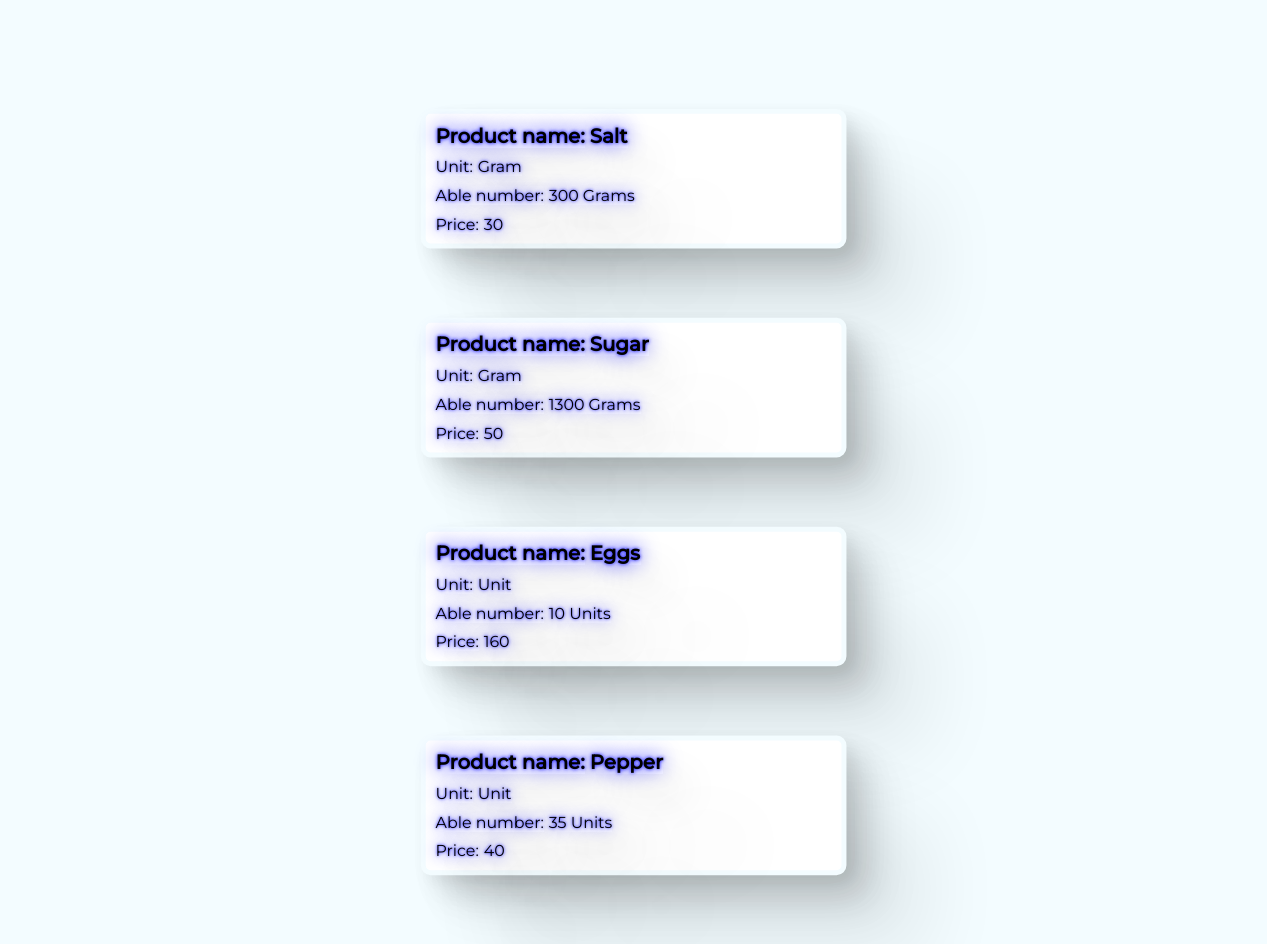
Repository: OlexandraKovach2/Vue
Page: / (app in vuexam/brila-exam/)
An editor plug-in stored every save of this project. The page is shown before and after the next save, followed by the edit.
The browser window is 1280 px wide. The pictures show the whole page, at 99% of full size.
The project was rebuilt for these pictures with package versions that can differ from the ones it lists, and the page was loaded fresh each time. Also part of the build but not shown: vuexam/brila-exam/vue.config.js.

Above is the page before, as saved 2022-11-08 22:11:33.

After the next save:
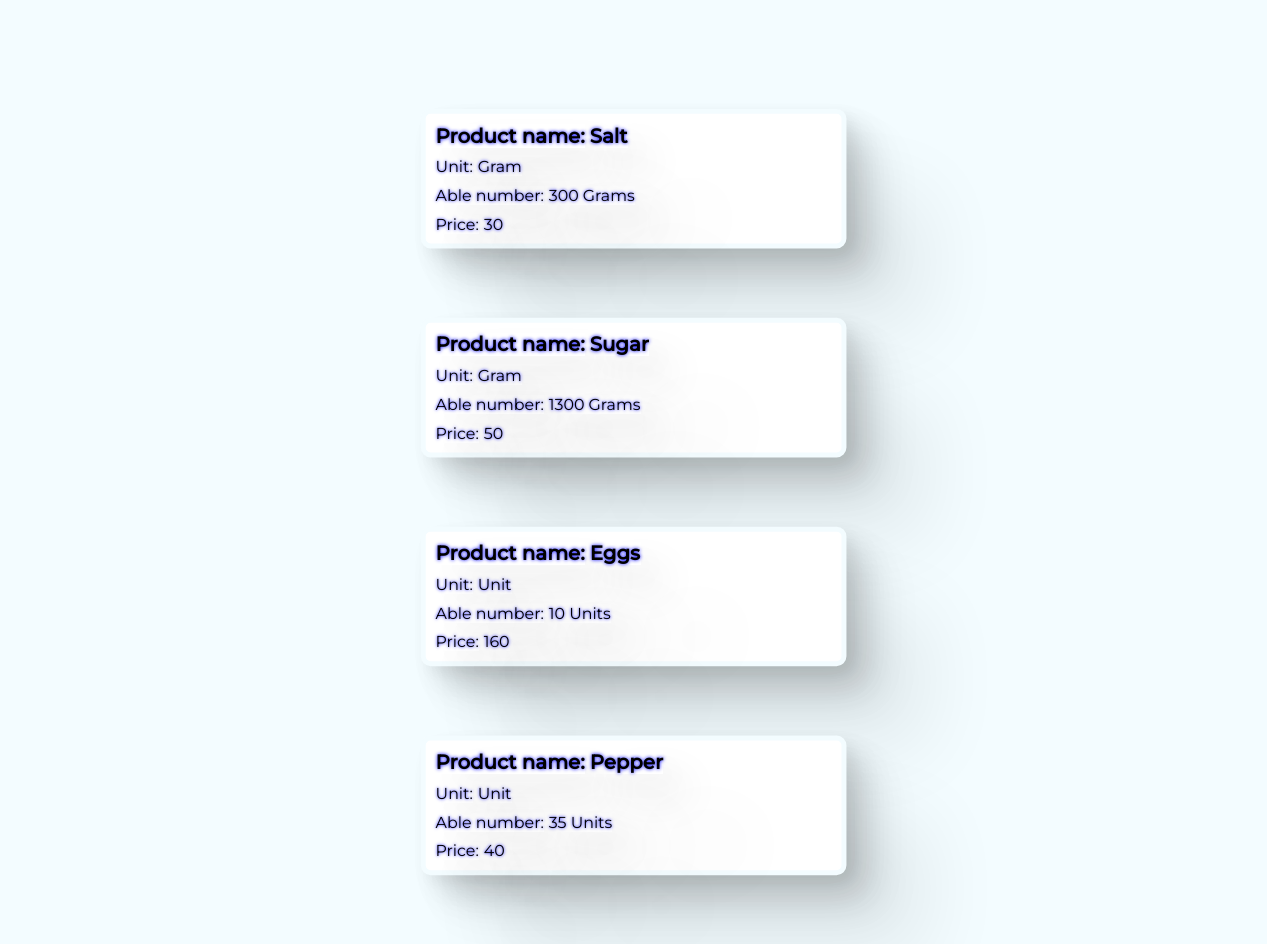
Saved 19 s later.
--- a/vuexam/brila-exam/src/components/ObjectTable/ObjectBase.vue
+++ b/vuexam/brila-exam/src/components/ObjectTable/ObjectBase.vue
@@ -103,7 +103,7 @@
 }
 .info-row{
     div{
-        text-shadow: 12.9px 13.2px 25.3px rgba(0, 0, 0, 0.018), 0 0 1em blue, 0 0 0.2em blue;
+        text-shadow: 12.9px 13.2px 25.3px rgba(0, 0, 0, 0.018), 25.9px 26.5px 40.9px rgba(0, 0, 0, 0.064), 0 0 0.2em blue;
         box-shadow:
   12.9px 13.2px 25.3px rgba(0, 0, 0, 0.018),
   25.9px 26.5px 40.9px rgba(0, 0, 0, 0.064),
